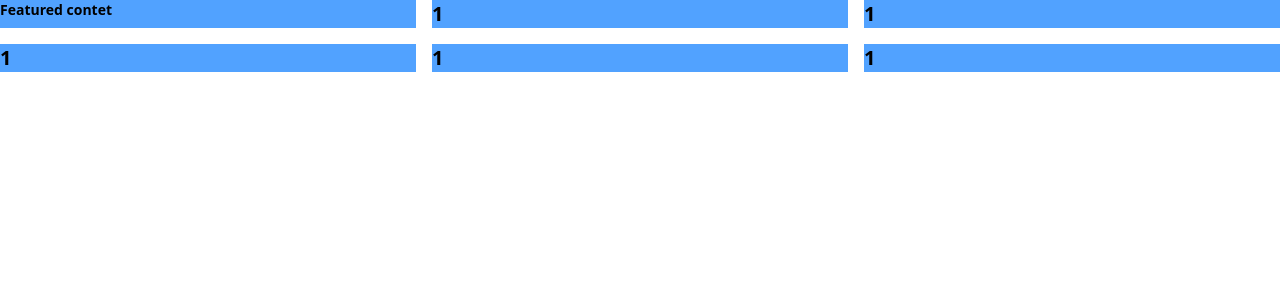
Repository: Abdulahi338/TailwindCss-exercise
Page: Exercise2/index.html
An editor plug-in stored every save of this project. The page is shown before and after the next save, followed by the edit.
The browser window is 1280 px wide. The pictures show the whole page.

Above is the page before, as saved 2025-07-27 11:08:14.

After the next save:
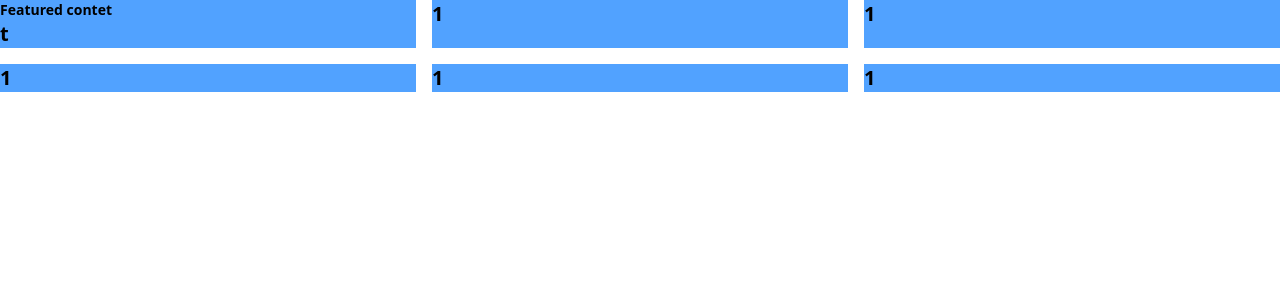
Saved 5 s later.
--- a/Exercise2/index.html
+++ b/Exercise2/index.html
@@ -12,7 +12,7 @@
     <div class="grid grid-cols-3 gap-4">
         <div class="text-xl font-semibold bg-blue-400">
             <h1 class="font-semibold text-sm">Featured contet</h1>
-
+            <p>t</p>
         </div>
         <div class="text-xl font-semibold bg-blue-400">1</div>
         <div class="text-xl font-semibold bg-blue-400">1</div>
